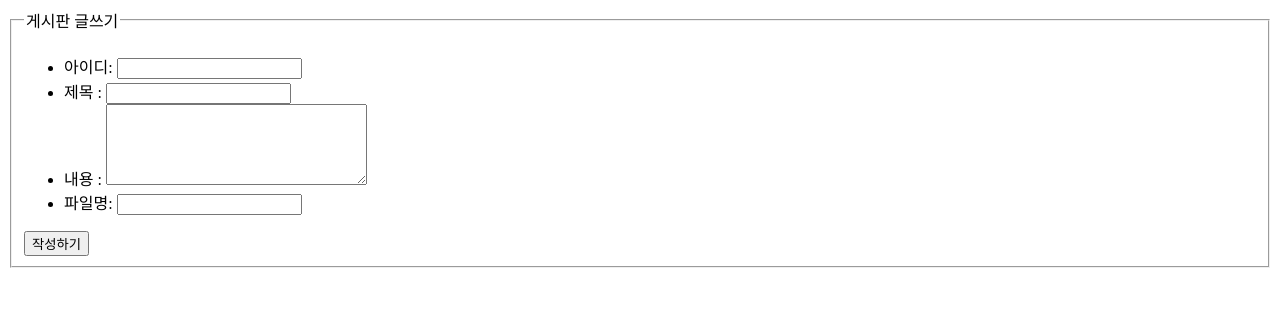
Repository: khy4701/JavaServerPage-Servlet
Page: http://localhost/07.BoardProejct/WriteForm.jsp
These files come from the project's save history. The page is drawn as it stood at one moment and after the next save; the edit follows.
The browser window is 1280 px wide. The pictures show the whole page.
The page is served by Tomcat 9.

Above is the page before, as saved 2016-07-25 05:29:44.

After the next save:
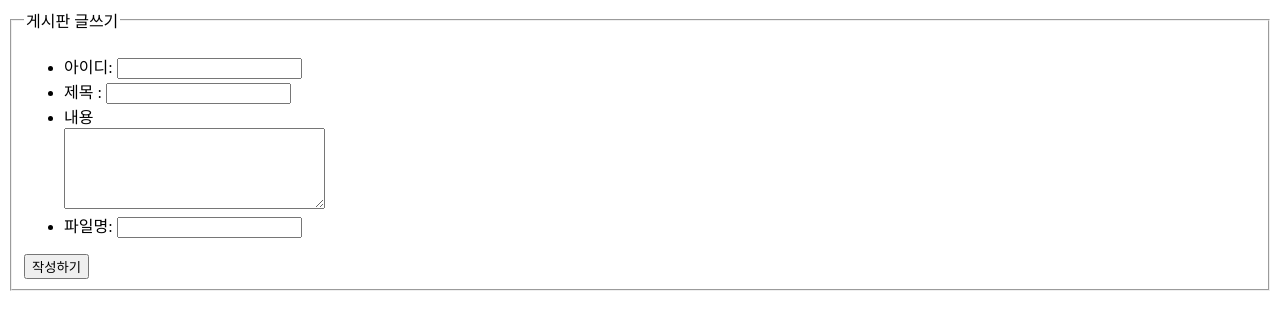
Saved 36 s later.
--- a/07.BoardProejct/WebContent/WriteForm.jsp
+++ b/07.BoardProejct/WebContent/WriteForm.jsp
@@ -15,7 +15,7 @@
 	<ul>
 		<li> 아이디: <input type="text"></li>
 		<li> 제목 : <input type="text"></li>
-		<li> 내용 : <textarea rows="5" cols="30" name="contents"></textarea></li>
+		<li> 내용 <br> <textarea rows="5" cols="30" name="contents"></textarea></li>
 		<li> 파일명: <input type="text"></li>
 	</ul>
 
